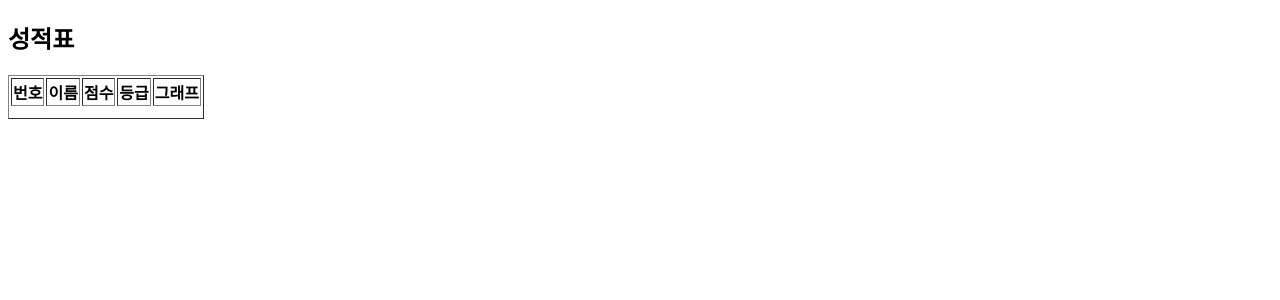
Repository: ohseung-web/Jsp2026
Page: http://localhost/chapter01/example_score.jsp
An editor plug-in stored every save of this project. The page is shown before and after the next save, followed by the edit.
The browser window is 1280 px wide. The pictures show the whole page.
The page is served by Tomcat 9.

Above is the page before, as saved 2026-10-16 05:46:31.

After the next save:
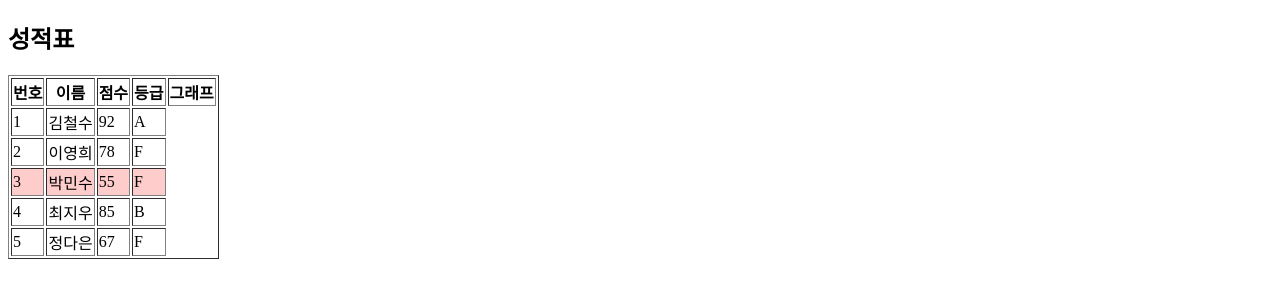
Saved 2 min 22 s later.
--- a/chapter01/src/main/webapp/example_score.jsp
+++ b/chapter01/src/main/webapp/example_score.jsp
@@ -42,7 +42,10 @@
 %>
 	<!-- <tr>, <td>태그 작성 부분 : 3항 연산자 이용 60미만 배경색 #ffccc -->
 	<tr style="background-color:<%= (scores[i]<60) ? "#ffcccc":"#ffffff" %>">
-
+		<td><%= i+1 %></td>
+		<td><%= names[i] %></td>
+		<td><%= scores[i] %></td>
+		<td><%= getGrade(scores[i]) %></td>
 	</tr>
 <%
    }
